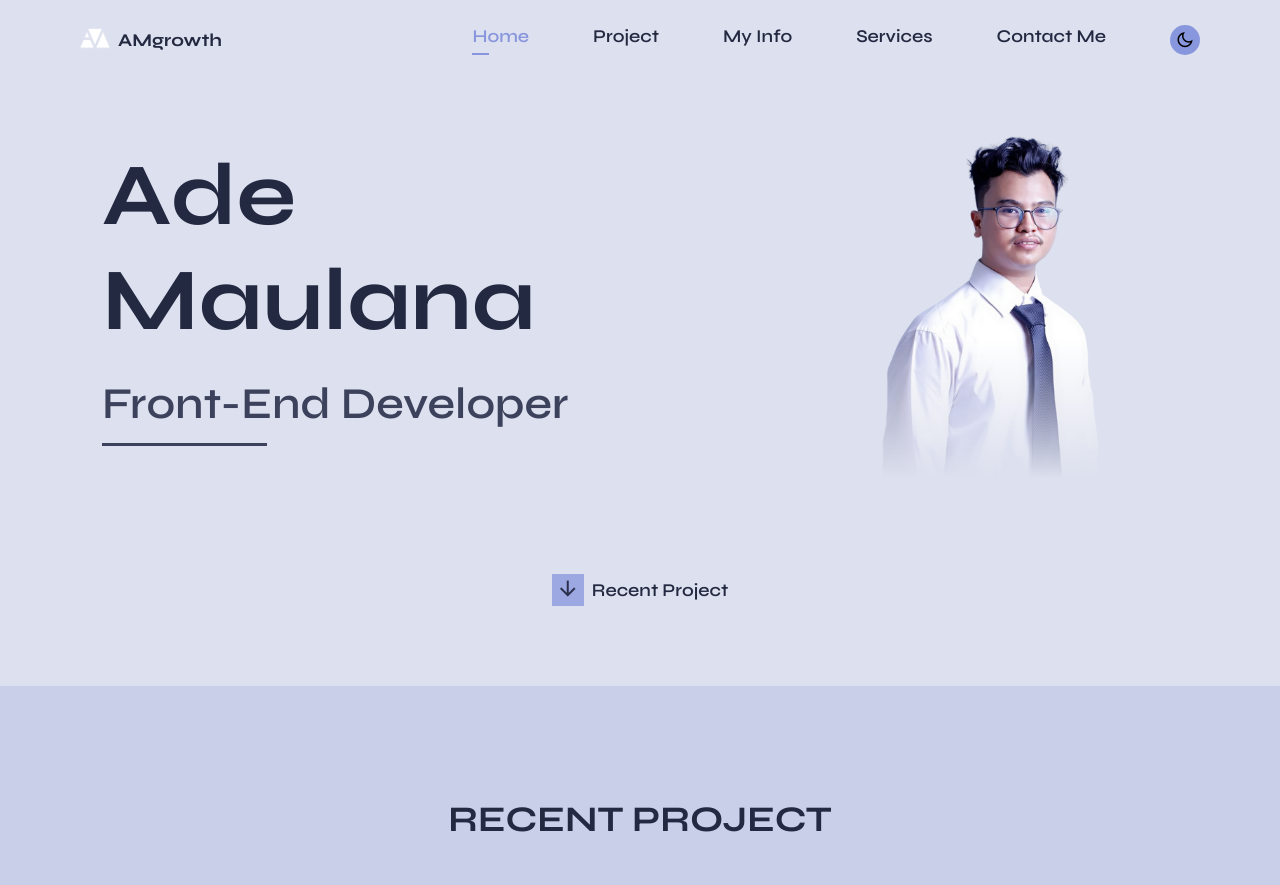
Repository: Ademaulana100499/portofolio
Page: index.html
The author's editor kept a copy of each file at every save. The page is drawn from the files as they stood at one save, then again after the next save.
The browser window is 1280 px wide. The pictures show the part of the page from y = 0 to 885 px (the page is 6336 px tall).
A picture or video elsewhere on the page could not be fetched, so the positions and the page height are approximate. Some web fonts or font styles are not loaded; a fallback is used.

Above is the page before, as saved 2024-12-02 14:15:32.

After the next save:
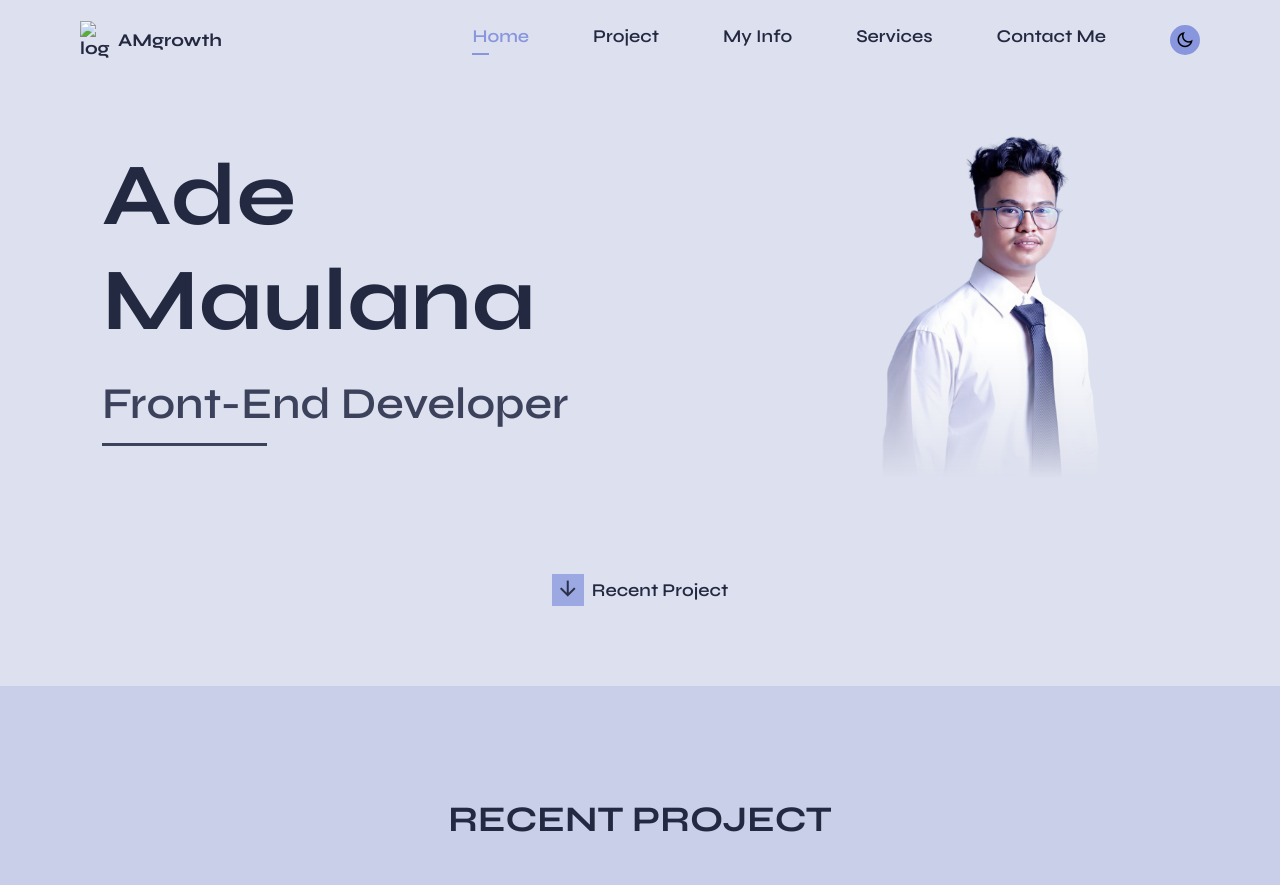
Saved 8 s later.
--- a/index.html
+++ b/index.html
@@ -16,11 +16,7 @@
     <header class="header" id="header">
       <nav class="nav container">
         <a href="#" class="nav__logo">
-          <img
-            src="assets/img/Logo White.png"
-            alt="logo"
-            class="nav__logo-img"
-          />AMgrowth</a
+          <img alt="logo" class="nav__logo-img" />AMgrowth</a
         >
         <div class="nav__menu" id="nav-menu">
           <ul class="nav__list">
